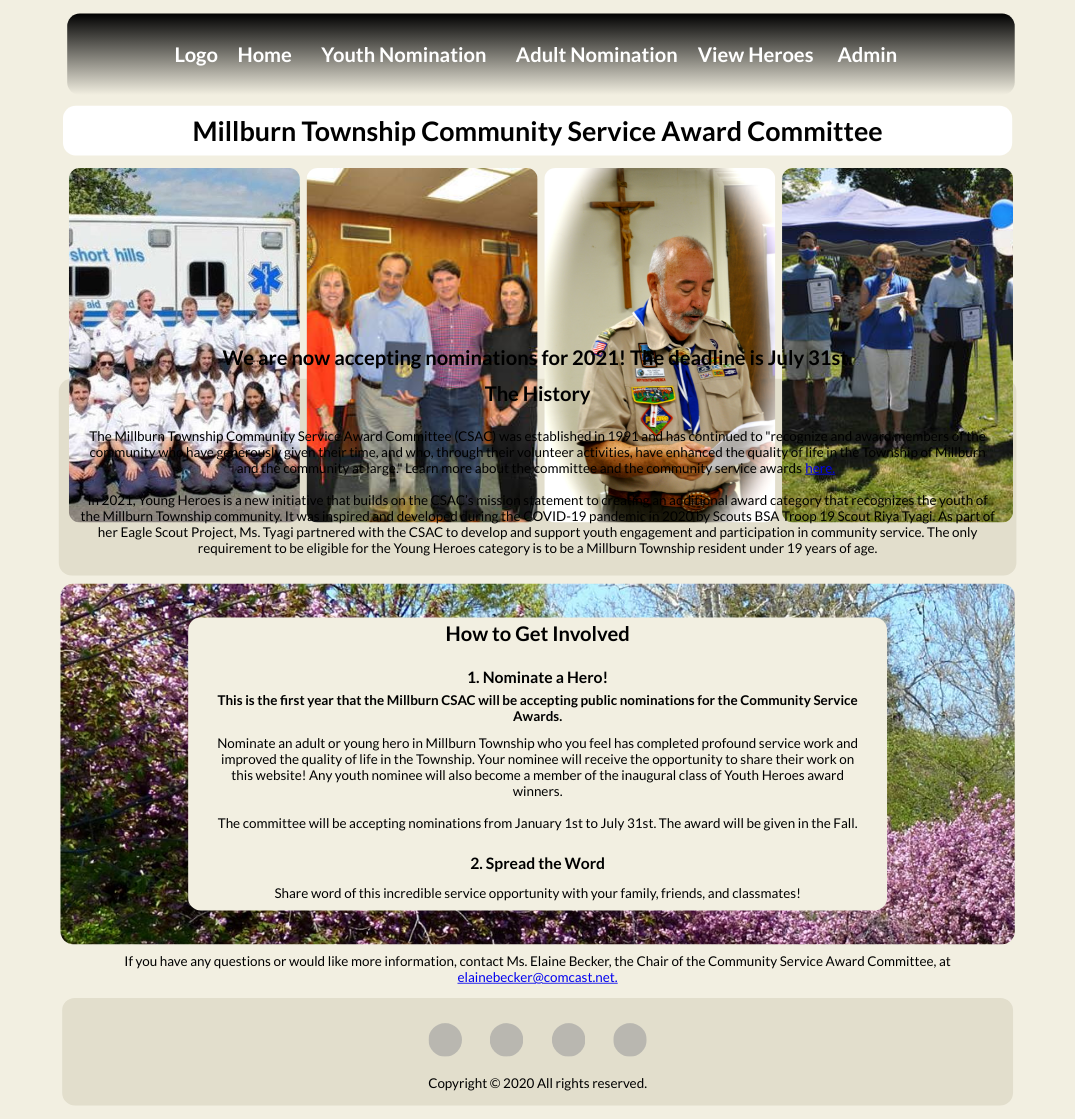
Repository: Centrattic/Young-Heroes-Website
Page: http://localhost/Frontend/home.php
These files come from the project's save history. The page is drawn as it stood at one moment and after the next save; the edit follows.
The browser window is 1280 px wide. The pictures show the whole page, at 84% of full size.
Pictures or frames that could not be fetched are drawn as grey boxes. The page is run by PHP 8.4 with error messages shown; the project is at /var/www/html/.

Above is the page before, as saved 2020-12-09 15:44:14.

### Eagle Project/Frontend/home.php
<?php
require '../Backend/functions.php';
require '../Backend/dbhconnect.php';
?>

<html>
  <head>
    <link href="https://fonts.googleapis.com/css2?family=Lato:ital,wght@0,400;0,700;1,300;1,400&display=swap" rel="stylesheet">
    <link href="../CSS/home.css" rel="stylesheet" type="text/css" />

    <link rel = "stylesheet" href = "../CSS/navbar.css">
  </head>

  <body>


  <?php
      navbar();
    ?>

    <!--<h4> This website is affiliated with the Millburn Township Community Service Award Committee. </h4> -->
    <!--Banner/Header : history of CSAC , Ok describe that on website ::: incorporate thios is new initative but builds on previous initiative, came up on time of COVID, instead of "THE IMPORTANCE OF RECOGNIING YOUTH VOLUNTEERS -->
    <!-- Delete Mission Statement - JUst describe CSAC Iniative  ======================= OUR HISTORY, with the onset of COVID -- do this....

    Community Service Award OverView and Now YOUNG HEROES

    ALL NEEDED IS TO BE A MILLBURN TOWNSHIP RESIDENTs-->

    <h1 id = "homepagetitle"> Millburn Township Community Service Award Committee </h1>

    <div id = "homepicgrid">
      <div>
        <img src = "../Images/itsquad.jpg">
      </div>
      <div>
        <img src = "../Images/millburncsac.jpg">
      </div>
      <div>
        <img src = "../Images/fineran.jpg">
      </div>
      <div>
        <img src = "../Images/millburnhome.jpg">
      </div>
    </div>




    <h2> We are now accepting nominations for 2021! The deadline is July 31st. </h2>

    <!--<div id = "hometextgrid">
      <div>
        <h2> The Importance of Recognizing Youth Volunteers </h2>
        <p>Today’s youth are taking charge of environmental and social reforms,
          and they deserve credit and appreciation where it’s due. Up to 55% of youth
          actively participate in service, be it through school or other organizations, but they
          have gone severely underrepresented of late. By commending their efforts, more youth will be
          inspired to volunteer their time towards the community and the nation as a whole. Youth Service
          America reminds us that adolescent brains in particular offer creative solutions to problems,
          unaffected and unaware to the nonanswers common of some, older brains. They provide fresh outlooks
          and ideas that would otherwise go unthought of. Youth service is mutually beneficial to both the
          community and the youth in question; it has also been shown to improve success in the workforce
          and academics in later life with early leadership foundations, as well as fostering positive
          development traits and cosmopolitan mindsets. Some youth lack the incentive -the drive- to
          go out and make a difference, which is why it is vital for them to have an outlet of support and recognition.  </p>
      </div>
      <div>
        <h2> Our Mission Statement </h2>
        <p> The mission of the Young Heroes is to recognize Millburn/Short Hills youth for their contributions,
          to promote community service and good citizenship, to positively impact the community, and to
          give hope and inspiration to others, especially during difficult times such as COVID-19.
          This will be accomplished through a nomination process, verification, parental approval, and
          a final posting to the Millburn Township Young Heroes webpage. The posts will summarize the Young hero’s work
           and qualify them for an annual award given to the two heroes (and runners-ups) who demonstrate the most profound
          service and dedication to the Township, specific cause, and/or the community as a whole.
        </p>
      </div>
    </div>

    and who, through their volunteer activities, have enhanced the quality of life in the Township of Millburn
        and the community at large.”

        who acknowledged the impact of the service work many youth had done to help alleviate
        the effects of the pandemic.

    -->

    <div id = "CSAChistory">
      <h2> The History </h2> <br>
      <p> The Millburn Township Community Service Award Committee (CSAC) was established in 1991 and has continued to "recognize and award members of the community who have
        generously given their time, and who, through their volunteer activities, have enhanced the quality of life in the Township of Millburn and the community at large."
        Learn more about the committee and the community service awards<a href = "https://twp.millburn.nj.us/188/Community-Service-Award-Committee">here.</a>
        <br> <br>In 2021, Young Heroes is a new initiative that builds on the CSAC’s mission statement to creating an additional award category that recognizes the youth of the Millburn Township community.
         It was inspired and developed during the COVID-19 pandemic in 2020 by Scouts BSA Troop 19 Scout Riya Tyagi. As part of her Eagle Scout Project, Ms. Tyagi partnered with the CSAC to develop and support
          youth engagement and participation in community service. The only requirement to be eligible for the Young Heroes category is to be a Millburn Township resident under 19 years of age.
      </p>
    </div>

    <div id = "getinvolved">
          <div id = "nominateahero">
            <h2> How to Get Involved</h2>
            <br>
              <h3> 1. Nominate a Hero!</h3>
              <h4> This is the first year that the Millburn CSAC will be accepting public nominations for the Community Service Awards.</h4>
                <p> Nominate an adult or young hero in Millburn Township who you feel has completed profound service work and improved the quality of life in the Township.
                 Your nominee will receive the opportunity to share their work on this website! Any youth nominee will also
                become a member of the inaugural class of Youth Heroes award winners. <br><br>
                The committee will be accepting nominations from January 1st to July 31st. The award will be given in the Fall.<p>
               <h3>  2. Spread the Word </h3> <p>Share word of this incredible service opportunity with your family, friends, and classmates!</p>
               <!--<h3> 3. <a href = "https://forms.gle/pbJxUtVEzWF9bCSh6"> Volunteer </a></h3>  <p> Millburn Township Young Heroes is an Eagle Scout Project by Riya Tyagi of Troop 19. Volunteer to help her out! </p> -->
               <!-- <h3> 4.<a href = "https://gf.me/u/y3cpyf">Donate</a> </h3> <p> Donate to recognize heroes and their causes. We are very grateful for all donations. All money received will be used to purchase bronze
                  plaques to recognize winners of the awards and to handle the costs of advertising and creating a website. Any extra funds will be donated to the CSAC for future use.</li>
                </p>  -- Put this in explanation of Project --- part of narrative, footer  NICE -->
            </div>
    </div>

      <!--<div id = "impact">
        <h2> Our Impact</h2>
        <h3> ____ Youth Heroes Recognized </h3>
        <h3> ____ Adult Heroes Recognized </h3>
        <h3> ____ Awards Given</h3>
      </div>-->

    <h4 style = "width: 80%; margin: 0 auto;"> </h4>

    <p> If you have any questions or would like more information, contact Ms. Elaine Becker, the Chair of the Community Service Award Committee, at <a href = "mailto:elainebecker@comcast.net"> elainebecker@comcast.net.</a></p>

    <div id = "socialmedia">
        <footer id="colophon" class="site-footer" role="contentinfo">
      <div class="social-wrapper">
        <ul>
          <li>
            <a href="#" target="_blank">
              <img src="https://cdn1.iconfinder.com/data/icons/logotypes/32/twitter-128.png" alt="Twitter Logo" class="twitter-icon"></a>
          </li>
          <li>
            <a href="#" target="_blank">
              <img src="https://www.mchenryvillage.com/images/instagram-icon.png" alt="Instagram Logo" class="instagram-icon"></a>
          </li>
          <li>
            <a href="#" target="_blank">
              <img src="https://content.linkedin.com/content/dam/me/business/en-us/amp/brand-site/v2/bg/LI-Bug.svg.original.svg" alt="Linkedin Logo" class="linkedin-icon"></a>
          </li>
          <li>
            <a href="#" target="_blank">
              <img src="http://www.iconarchive.com/download/i54037/danleech/simple/facebook.ico" alt="Facebook Logo" class="facebook-icon"></a>
          </li>

        </ul>
      </div>

      <nav class="footer-nav" role="navigation">
        <p>Copyright &copy;
          <?php echo date("Y"); ?> All rights reserved.</p>
      </nav>
    </footer>
    <!-- #colophon -->
    </div>





</body>
</html>

### Eagle Project/Backend/dbhconnect.php
<?php
  $servername = "localhost";
  $dbUsername = "root";
  $dbPassword = "";
  $dbName = "young_heroes";

  //connecting to database
  $connection = new mysqli($servername, $dbUsername, $dbPassword, $dbName);

  //error message if connection fails
  if(!$connection){
    die("Connection failed: ".mysqli_connect_error());
  }
?>

### Eagle Project/CSS/home.css
* {
    text-align: center;
    padding: 2px;
    margin: 2px;
    font-family: 'Lato', sans-serif;
    border-radius: 15px;

}

body {
    background-color: #F2EFE1;

}

#homepicgrid {
    display: grid;
    width: auto;
    height: 30%;

    grid-template-columns: auto auto auto auto;
    grid-template-rows: auto;
}

#homepicgrid img {
    height: 100%;
    object-fit: cover;
    width: 100%;
}


#homepagetitle {
    font-size: 2em;
    width: auto;
    background-color: white;
    padding: 10px;
    margin: 5px;
}



#hometextgrid {
    display: grid;
    width: auto;
    margin: 0 auto;
    grid-template-columns: auto auto auto;
    grid-template-rows: auto auto;
}

#hometextgrid div {
    background-color: #E2DECC;
    padding: 20px;
}


#CSAChistory {
    background-color: #E2DECC;
    padding: 20px;
    padding-top: 0;
    margin: 10px 0;
}
#impact {
    background-color: white;
    width: 35%;
    margin: 2% auto;
    border: 10px solid transparent;
    border-image: url("../Images/borderhome.jpg") 30 round !important;
}

#impact h3 {
    margin: 15%;
}


#getinvolved {
    background-image: url("../Images/millburnblossoms.jpg");
    height: 60%;
    display: flex;
    align-items: center;
    justify-content: center;
}

#nominateahero {
    width: 70%;
    padding: 0 20px;
    background-color:  #F2EFE1;
}

#getinvolved p {
    margin: 10px;
}

button {
    font-size: 1em;
}



.site-footer {
    background-color: #E2DECC;
      text-align: center;
      margin: 10px 0;
      padding: 10px 0;
  }

  #social-wrapper {
      text-align: center;
  }

  /*Social Media Icons*/
  .social-wrapper {
      text-align: center;
  }

  .social-wrapper ul li {
      display: inline;
      margin: 0 5px;
  }

  .twitter-icon,
  .facebook-icon,
  .instagram-icon,
  .linkedin-icon,
  .googleplus-icon,
  .youtube-icon,
  .foursquare-icon{
      margin-top: .625em;
      width: 40px;
      height: 40px;
      opacity: .6;
      filter: alpha(opacity=60); /* For IE8 and earlier */
    border-radius: 25px;
  }

  .twitter-icon:hover,
  .facebook-icon:hover,
  .instagram-icon:hover,
  .linkedin-icon:hover,
  .googleplus-icon:hover,
  .youtube-icon:hover,
  .foursquare-icon:hover {
      opacity: 1.0;
      filter: alpha(opacity=100); /* For IE8 and earlier */
  }

  .footer-nav p {
      text-align: center;
  }

### Eagle Project/CSS/navbar.css
* {
    text-align: center;
    font-family: 'Lato', sans-serif;
}

body {
    background-color: #F2EFE1;
}


.menu-area li{
    display: inline;
    color: white;
    font-weight: bold;
    font-size: 1.5em;
    padding-bottom: 10px;
}

.menu-area .non-dropdown a{
    display: inline-block;
    padding: 30px 10px;
    text-decoration: none;
    color: white;
    box-sizing: border-box;

}

.menu-area .nav-dropdown .dropdown-content li a{
    display: inline-block;
    text-align: center;
    padding: 14px 16px;
    text-decoration: none;
}

.menu-area {
    width: 100%;
    background-image: linear-gradient(black, #F2EFE1);
    overflow: hidden;
    border-radius: 15px;
}

.menu-area .non-dropdown:hover{
    border-radius: 0px;
    border-bottom: 10px solid aliceblue;

}

.menu-area li a {
    box-sizing: border-box;
}

.nav-dropbtn {
    text-decoration: none;
    color: white;
}

/*FIX THIS LATER*/


#logout {
    all: unset;
}

body {
    margin: 0 5%;
}

/* ------------------*/



li.nav-dropdown {
    display: inline-block;
}

.dropdown-content {
    display: none;
    position: absolute;
    background-color: #f9f9f9;
    min-width: 150px;
    box-shadow: 0px 8px 16px 0px rgba(0,0,0,0.2);
    z-index: 1;

}

.dropdown-content a {
    color: black;
    padding: 12px 16px;
    text-decoration: none;
    display: block;
    font-size: .9em;
    text-align: left;
}


.dropdown-content a:hover {
    background-color: #f1f1f1;
}


.nav-dropdown:hover .dropdown-content {
    display: block;
    border-radius: 0px;
}

Loaded but not shown: Eagle Project/Backend/functions.php (995 lines, source omitted)

After the next save:
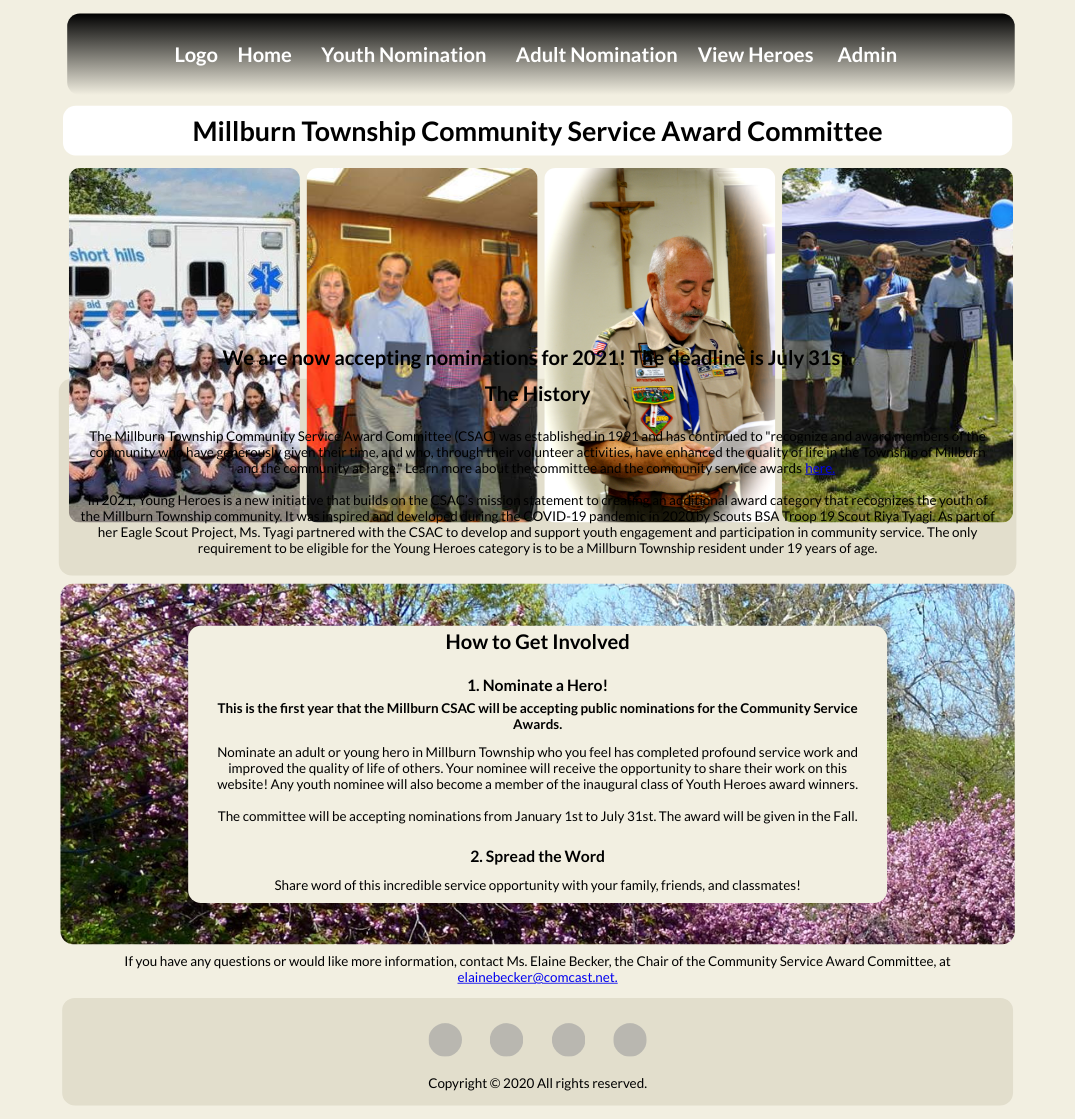
Saved 41 s later.
--- a/Eagle Project/Frontend/home.php
+++ b/Eagle Project/Frontend/home.php
@@ -102,7 +102,7 @@ require '../Backend/dbhconnect.php';
             <br>
               <h3> 1. Nominate a Hero!</h3>
               <h4> This is the first year that the Millburn CSAC will be accepting public nominations for the Community Service Awards.</h4>
-                <p> Nominate an adult or young hero in Millburn Township who you feel has completed profound service work and improved the quality of life in the Township.
+                <p> Nominate an adult or young hero in Millburn Township who you feel has completed profound service work and improved the quality of life of others.
                  Your nominee will receive the opportunity to share their work on this website! Any youth nominee will also
                 become a member of the inaugural class of Youth Heroes award winners. <br><br>
                 The committee will be accepting nominations from January 1st to July 31st. The award will be given in the Fall.<p>
